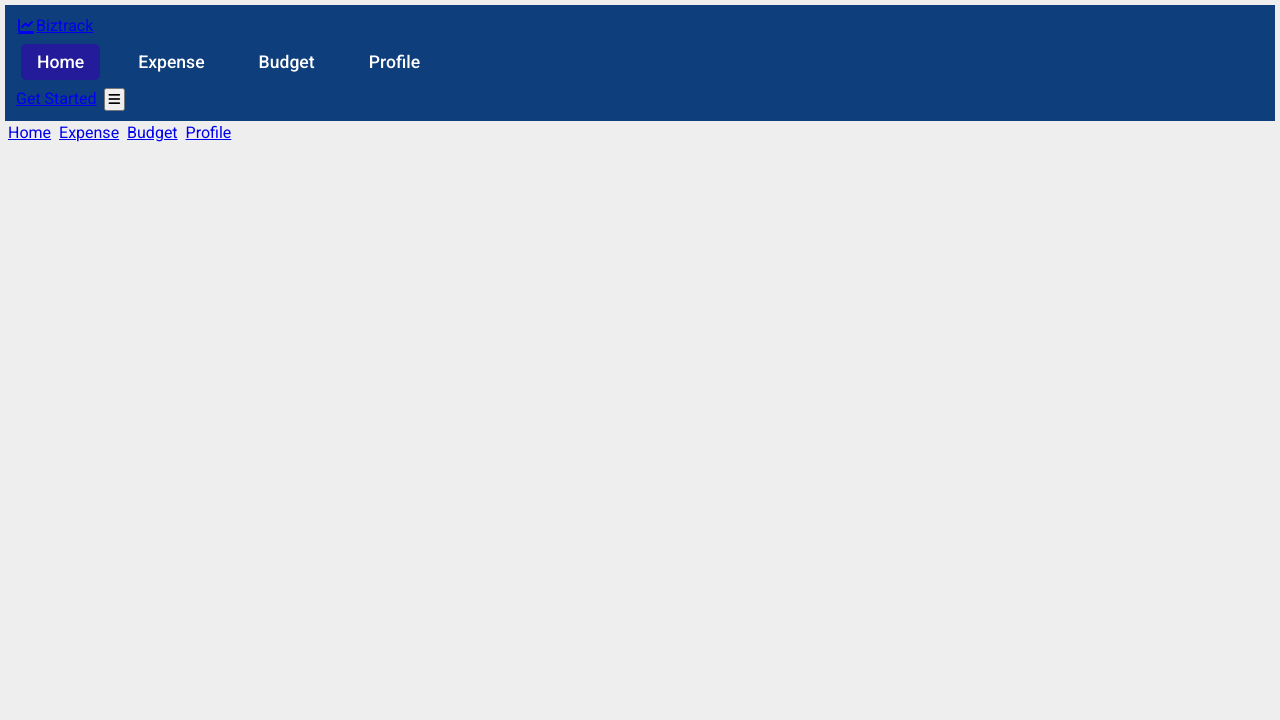
Repository: JoyUdoh106/wdd131
Page: project/index.html
These files come from the project's save history. The page is drawn as it stood at one moment and after the next save; the edit follows.
The browser window is 1280 px wide. The pictures show the whole page.

Above is the page before, as saved 2025-08-10 18:39:27.
Console error: TypeError: Cannot set properties of null (setting 'textContent')

### project/index.html
<!DOCTYPE html>
<html lang="en">
<head>
    <meta charset="UTF-8">
    <meta name="viewport" content="width=device-width, initial-scale=1.0">
    <title>Track Expense and Budget - BIZTRACK PROJECT - HOME PAGE</title>
    <meta name="description" content="An informational website on tracking expenses and making budgets - Home page">
    <meta name="author" content="Joy Paulinus Udoh">

    <link rel="stylesheet" href="styles/project.css">
    <script src="scripts/project.js" defer></script>
    <link rel="stylesheet" href="styles/project-large.css">
    <link rel="stylesheet" href="https://cdnjs.cloudflare.com/ajax/libs/font-awesome/6.4.0/css/all.min.css">

    <link rel="preconnect" href="https://fonts.googleapis.com">
    <link rel="preconnect" href="https://fonts.gstatic.com" crossorigin>
    <link href="https://fonts.googleapis.com/css2?family=Merriweather:wght@300;400&family=Roboto:ital,wght@0,100..900;1,100..900&display=swap" rel="stylesheet">
</head>
<body>
    <header>
        <div class="container header-container">
            <a href="index.html" class="logo"><i class="fas fa-chart-line"></i> Biztrack</a>
            <nav class="main-nav">
                <ul class="nav-links">
                    <li><a href="index.html" class="nav-link active">Home</a></li>
                    <li><a href="expense.html" class="nav-link">Expense</a></li>
                    <li><a href="budget.html" class="nav-link">Budget</a></li>
                    <li><a href="profile.html" class="nav-link">Profile</a></li>
                </ul>
            </nav>
            <a href="#" class="btn btn-primary get-started-btn">Get Started</a>
            <button class="nav-toggle" id="nav-toggle-btn">
                <i class="fas fa-bars"></i>
            </button>
        </div>
    </header>

    <div class="mobile-nav" id="mobile-nav-menu">
        <a href="index.html" class="nav-link active">Home</a>
        <a href="expense.html" class="nav-link">Expense</a>
        <a href="budget.html" class="nav-link">Budget</a>
        <a href="profile.html" class="nav-link">Profile</a>
    </div>
</body>
</html>

### project/styles/project.css
* {
    margin: 1px;
    padding: 1px;
    box-sizing: border-box;
}

body {
    font-family: 'Roboto' , sans-serif;
    background-color: #eee;
    color: #ddd;
    background-image: image;
}

header {
    background-color: #0e3e7c;
    display: flex;
    justify-content: space-between;
    align-items: center;
    padding: 7px;
}

header h1 {
    font-size: 1.3rem;
    font-family: 'Merriweather', serif;
}

main {
    background-image: url(../images/project-hero-image.webp);
    justify-items: center;
}

.logo {
    display: flex;
}

nav {
    display: none;
}

#menu-button {
    font-size: 1.7rem;
    background: none;
    border: none;
    color: white;
    cursor: pointer;
}

nav {
    display: none;
}

nav.open {
    display: block;
    position: absolute;
    top: 65px;
    left: 0;
    width: 100%;
    background-color: #310f5e;
}

nav ul {
    list-style-type: none;
    display: flex;
    flex-direction: column;
}

nav a {
    display: block;
    color: white;
    text-align: center;
    padding: 1rem;
    text-decoration: none;
    font-size: 1.1rem;
    font-weight: 500;
}

nav a:hover, nav a.active {
    background-color: #231b9a;
}

#infor {
    color: white;
    background-color: rgba(5, 39, 114, 0.562);
    margin: 4px;
    padding: 1px;
}

.morquee-button {
    background-color: rgb(4, 107, 138);
    border-radius: 6px;
    border: rgba(93, 17, 138, 0.3);
    padding: 5px;
    color: #ddd;
    font-family: 'Roboto', sans-serif;
}

.section {
    color: white;
}

.project-home {
    width: 90%;
    background-color: rgba(8, 19, 165, 0.5);
    margin-left: auto;
    margin-right: auto;
    padding: 10px;
    margin: 2px 5px;
    border: rgba(74, 226, 231, 0.5);
    border-radius: 6px;
    max-width: 700px;
}

h2 {
    text-align: center;
}

ol {
     list-style-type: none;
}

footer {
    background-color: #0e3e7c;
}

.footer {
    display: flex;
    justify-content: space-between;
    align-items: center;
    padding: 10px 20px;
}

footer p {
    text-align: center;
}

.sociallinks {
    display: flex;
    gap: 10px;
}

.sociallinks a img {
    width: 50px;
    height: auto;
    text-decoration: none;
}

.sociallinks a {
    text-decoration: none;
}

### project/scripts/project.js
document.addEventListener('DOMContentLoaded', () => {

    const currentYearSpan = document.getElementById('current-year');
    const currentYear = new Date().getFullYear();
    currentYearSpan.textContent = currentYear;

    const lastModifiedSpan = document.getElementById('last-modified');
    const lastModified = document.lastModified;
    lastModifiedSpan.textContent = lastModified;

    const menuButton = document.getElementById('menu-button');
    const nav = document.querySelector('nav');

    menuButton.addEventListener('click', () => {
        nav.classList.toggle('open');
        if (nav.classList.contains('open')) {
            menuButton.textContent = 'X';
        } else {
            menuButton.textContent = '☰';
        }
    });

});

### project/styles/project-large.css
@media (min-width: 768px) {
    #menu-button {
        display: none;
    }

    nav {
        display: block;
        position: static;
        width: auto;
        background-color: transparent;
    }

    nav ul {
        flex-direction: row;
        gap: 1rem;
    }

    nav a {
        padding: 0.5rem 1rem;
        border-radius: 5px;
    }

    #infor {
        padding: 7px;
        margin: 10px;
    }

    .project-home {
        max-width: 1600px;
    }

}

After the next save:
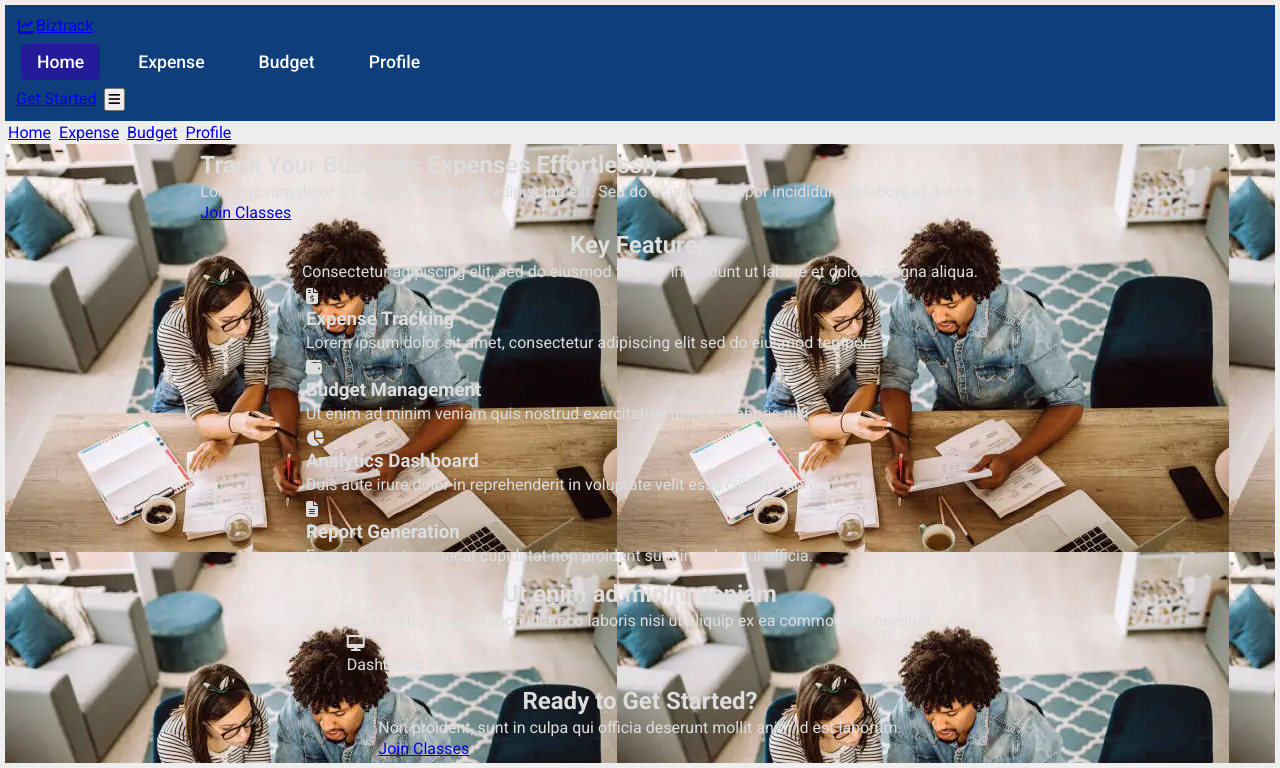
Saved 25 s later.
--- a/project/index.html
+++ b/project/index.html
@@ -41,5 +41,67 @@
         <a href="budget.html" class="nav-link">Budget</a>
         <a href="profile.html" class="nav-link">Profile</a>
     </div>
+
+    <main>
+        <!-- Hero Section -->
+        <section class="hero-section">
+            <div class="container">
+                <h1>Track Your Business Expenses Effortlessly</h1>
+                <p>Lorem ipsum dolor sit amet, consectetur adipiscing elit. Sed do eiusmod tempor incididunt ut labore et dolore magna aliqua.</p>
+                <a href="#" class="btn btn-primary">Join Classes</a>
+            </div>
+        </section>
+
+        <!-- Features Section -->
+        <section class="features-section">
+            <div class="container">
+                <h2>Key Features</h2>
+                <p>Consectetur adipiscing elit, sed do eiusmod tempor incididunt ut labore et dolore magna aliqua.</p>
+                <div class="features-grid">
+                    <div class="feature-card reveal">
+                        <i class="fas fa-file-invoice-dollar icon"></i>
+                        <h3>Expense Tracking</h3>
+                        <p>Lorem ipsum dolor sit amet, consectetur adipiscing elit sed do eiusmod tempor.</p>
+                    </div>
+                    <div class="feature-card reveal">
+                        <i class="fas fa-wallet icon"></i>
+                        <h3>Budget Management</h3>
+                        <p>Ut enim ad minim veniam quis nostrud exercitation ullamco laboris nisi.</p>
+                    </div>
+                    <div class="feature-card reveal">
+                        <i class="fas fa-chart-pie icon"></i>
+                        <h3>Analytics Dashboard</h3>
+                        <p>Duis aute irure dolor in reprehenderit in voluptate velit esse cillum dolore.</p>
+                    </div>
+                    <div class="feature-card reveal">
+                        <i class="fas fa-file-alt icon"></i>
+                        <h3>Report Generation</h3>
+                        <p>Excepteur sint occaecat cupidatat non proident sunt in culpa qui officia.</p>
+                    </div>
+                </div>
+            </div>
+        </section>
+
+        <!-- Dashboard Preview Section -->
+        <section class="preview-section">
+            <div class="container">
+                <h2>Ut enim ad minim veniam</h2>
+                <p>Quis nostrud exercitation ullamco laboris nisi ut aliquip ex ea commodo consequat.</p>
+                <div class="dashboard-preview reveal">
+                    <i class="fas fa-desktop"></i>
+                    <p>Dashboard Preview</p>
+                </div>
+            </div>
+        </section>
+
+        <!-- CTA Section -->
+        <section class="cta-section">
+            <div class="container">
+                <h2>Ready to Get Started?</h2>
+                <p>Non proident, sunt in culpa qui officia deserunt mollit anim id est laborum.</p>
+                <a href="#" class="btn btn-light">Join Classes</a>
+            </div>
+        </section>
+    </main>
 </body>
 </html>
